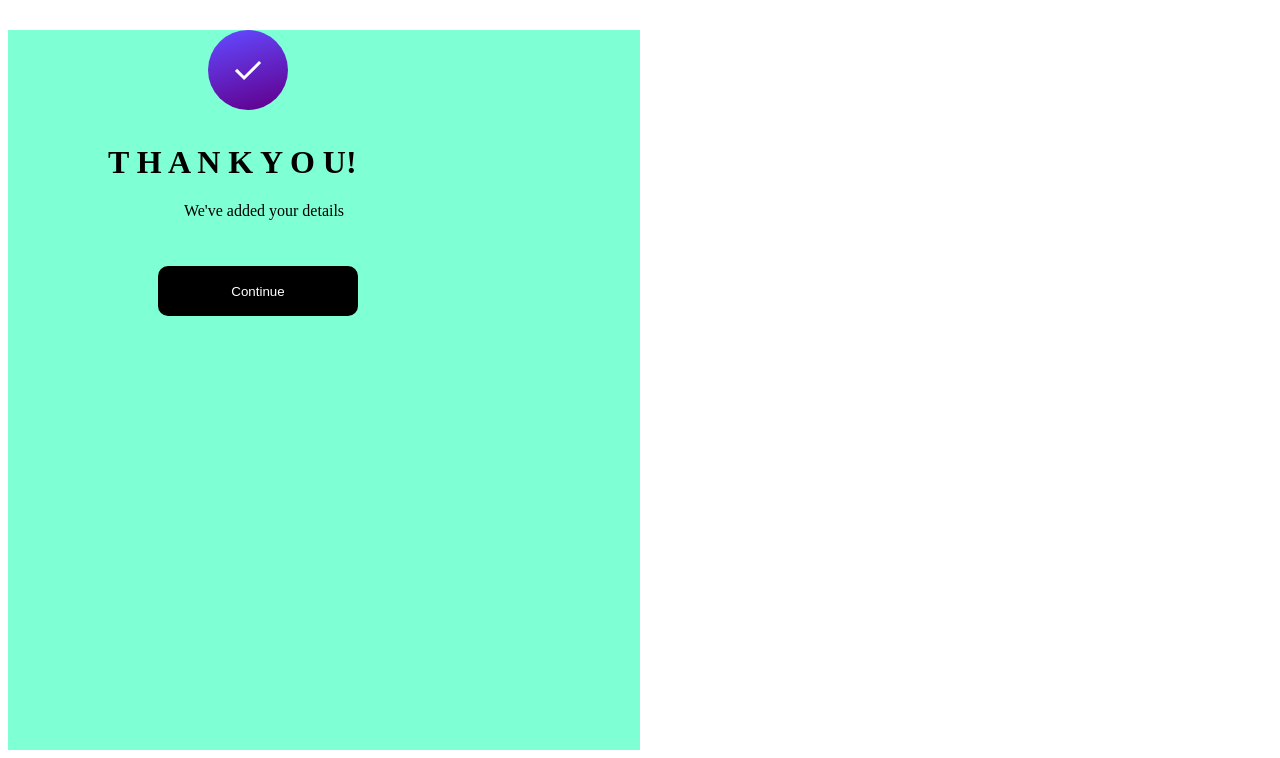
Repository: Abhi2359/frontendchallenge-1
Page: /
These files come from the project's save history. The page is drawn as it stood at one moment and after the next save; the edit follows.
The browser window is 1280 px wide. The pictures show the whole page.
The project was rebuilt for these pictures with package versions that can differ from the ones it lists, and the page was loaded fresh each time. Also part of the build but not shown: src/components/Cards/Card1.css, src/components/Cards/Card1.js, src/components/Cards/Card2.css, src/components/Cards/Card2.js, src/components/Layout/Layout.js.

Above is the page before, as saved 2023-02-15 17:33:34.

### src/App.js

import Compelete from "./components/Add/Compelete";
import Layout from "./components/Layout/Layout";


function App() {
  return (
    <div className="App">

      <Compelete/>
    {/*
      <Layout/>
      <Added/>

    <Card1/>
    */}

    </div>
  );
}

export default App;

### src/components/Add/Compelete.js
import React from 'react'
import {ReactComponent as Add} from './icon-complete.svg'
import './Compelete.css'

function Compelete() {
  return (
    <div class="Complete">
      <div class="icon">
        <Add/>
      </div>
      <h1>T H A N K Y O U!</h1>
      <div class="para">
        <p>We've added your details</p>
      </div>
      <div class="btn">
        <button>Continue</button>
      </div>
    </div>
  )
}

export default Compelete

### src/components/Add/Compelete.css
.Complete{
    height: 100vh;
    width: 50%;
    background-color: aquamarine;

}

.icon{
   margin: 30px;
   margin-left: 200px;
}

.para{
    text-align: center;
    margin-right: 120px;
}
.btn{
    margin-left: 100px;
    width: 300px;

    height: 100px;
}

.btn button{
  margin-left: 50px;
  margin-top: 30px;
  width: 200px;
  height: 50px;
  border: none;
  border-radius: 10px;
  background-color: black;
  color: white;
}

### src/components/Layout/layout.css
.layout{

    margin: 0;
    padding: 0;
    height: 100vh;
}
.partitions
{
    height: 100%;
display: flex;
flex-wrap: wrap;
flex-direction: row;
justify-content: space-between;
}

.partition1{
    background-image: linear-gradient(to right bottom, #340505, #3b0d16, #431521, #4a1d2c, #502638, #52273b, #53283e, #552941, #53223d, #511a38, #4f1234, #4d072f);

height: 100vh;
flex-grow: 3;
color: white;
width: 40%;

}

.partition2{
background-color: rgb(243, 242, 242);
 height: 100vh;
flex-grow: 8;
display: flex;
align-items: center;
justify-content: center;
}

.Form{
    margin-left: 80px;

}

.Form input{
    margin: 5px;
    height: 35px;
    margin-top: 10px;
    margin-bottom: 20px;

}

.card_holder{
    width: 300px;
    border: 1px solid gray;
    border-radius: 5px;
}
.card_number{
    width: 300px;
    border: 1px solid gray;
    border-radius: 5px;
}
label{
    font-size: 12px;
    font-weight: bold;
    padding-left: 10px;
}



.cvc{
    margin-left: 40px;
}

.number{
    width: 60px;
    border: 1px solid gray;
    border-radius: 5px;
}
#cvc{
    width: 140px;
    border: 1px solid gray;
    border-radius: 5px;
}
 .button{
    width: 300px;
    margin-left: 10px;
    background-color: black;
    color: white;
    height: 40px;
    border-radius: 5px;
 }

.partitiion1 ,h1{
margin-left: 100px;
}

.card1{
    margin-top: 20px;
    margin-left: 100px;
}

.card2{
    margin-top: 20px;
    margin-left: 80px;
}

Loaded but not shown: public/index.html (common file); src/index.js (common file)

After the next save:
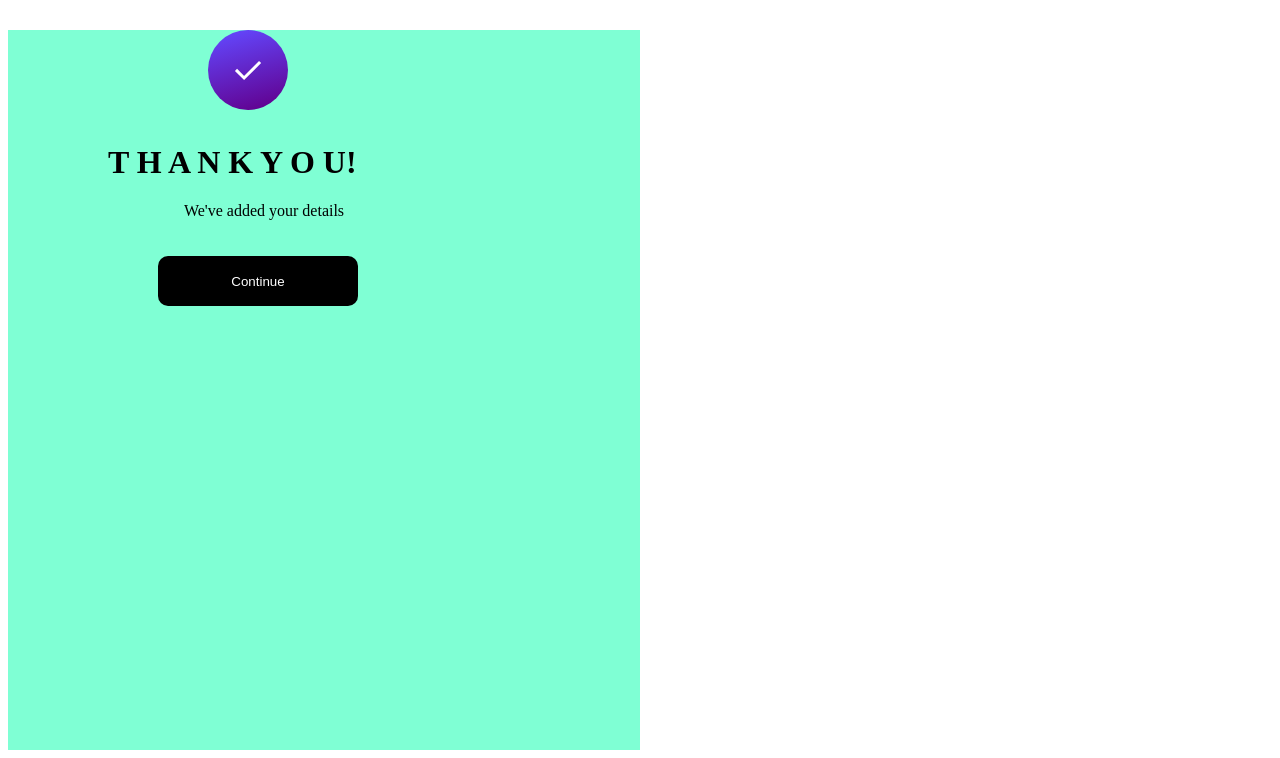
Saved 13 s later.
--- a/src/components/Add/Compelete.css
+++ b/src/components/Add/Compelete.css
@@ -23,7 +23,7 @@
 
 .btn button{
   margin-left: 50px;
-  margin-top: 30px;
+  margin-top: 20px;
   width: 200px;
   height: 50px;
   border: none;
